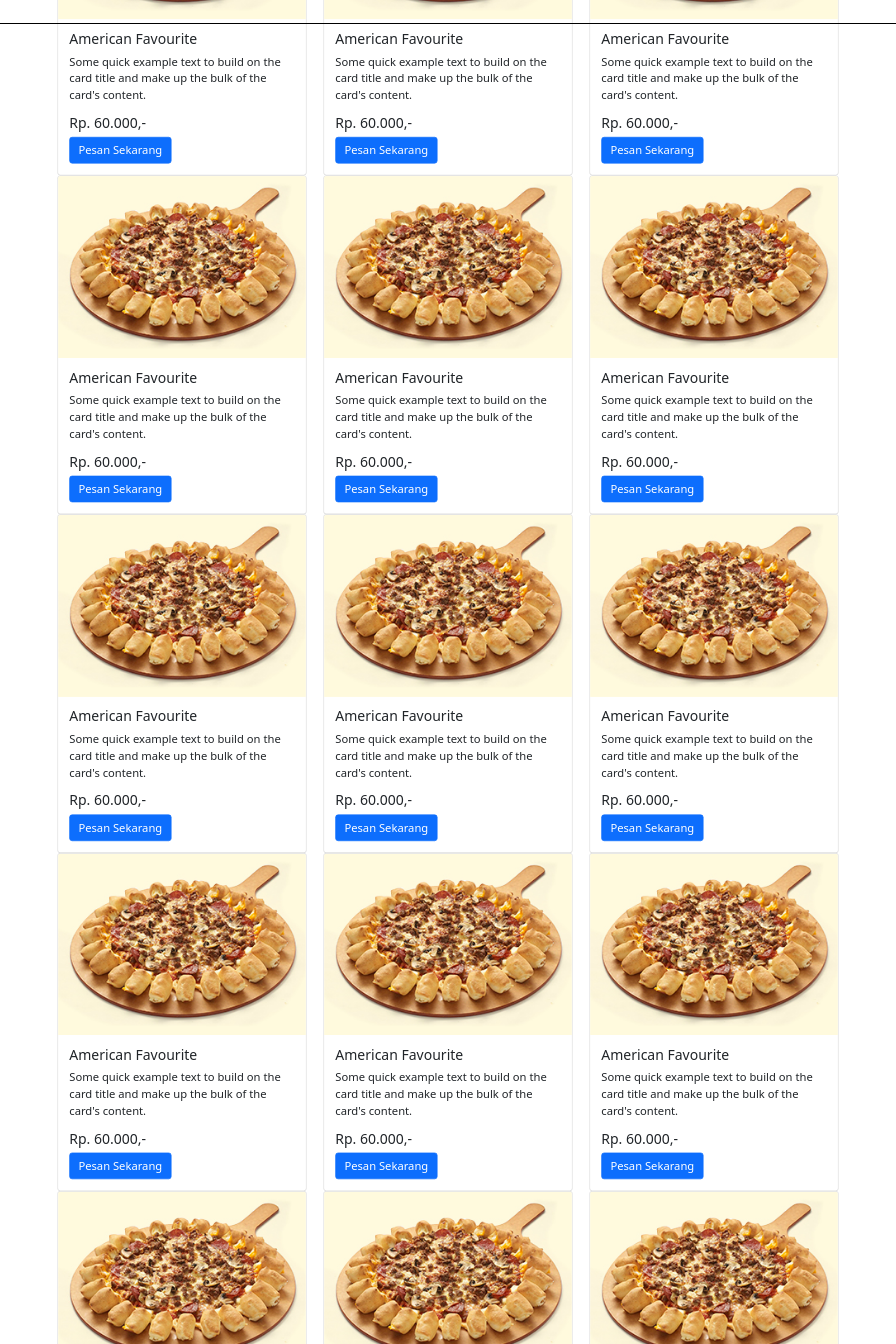
Repository: bayukembara/RESTAPI
Page: http://localhost/latihan1.php
An editor plug-in stored every save of this project. The page is shown before and after the next save, followed by the edit.
The browser window is 1280 px wide. The pictures show the part of the page from y = 332 to 2252 px (the page is 2517 px tall before and 2597 px after), at 70% of full size.
Some web libraries are served in a nearby version. The page is run by PHP 8.4 with error messages shown; the project is at /var/www/html/.

Above is the page before, as saved 2022-04-29 13:18:56.

### latihan1.php
<?php

$data = file_get_contents("data/menu.json");
$menu = json_decode($data,true);

$menu = $menu["menu"];

?>

<!doctype html>
<html lang="en">

  <head>
    <!-- Required meta tags -->
    <meta charset="utf-8">
    <meta name="viewport" content="width=device-width, initial-scale=1">

    <!-- Bootstrap CSS -->
    <link href="https://cdn.jsdelivr.net/npm/bootstrap@5.1.3/dist/css/bootstrap.min.css" rel="stylesheet"
      integrity="sha384-1BmE4kWBq78iYhFldvKuhfTAU6auU8tT94WrHftjDbrCEXSU1oBoqyl2QvZ6jIW3" crossorigin="anonymous">

    <title>B-Hut</title>
  </head>

  <body>
    <!-- Navbar -->
    <nav class="navbar navbar-expand-lg navbar-light bg-light">
      <div class="container">
        <a class="navbar-brand" href="#"><img src="data\logo.png" alt="" width="120px"></a>
        <button class="navbar-toggler" type="button" data-bs-toggle="collapse" data-bs-target="#navbarSupportedContent"
          aria-controls="navbarSupportedContent" aria-expanded="false" aria-label="Toggle navigation">
          <span class="navbar-toggler-icon"></span>
        </button>
        <div class="collapse navbar-collapse" id="navbarSupportedContent">
          <ul class="navbar-nav me-auto mb-2 mb-lg-0">
            <li class="nav-item">
              <a class="nav-link active" aria-current="page" href="#">Home</a>
            </li>
            <li class="nav-item">
              <a class="nav-link" href="#">Link</a>
            </li>
            <li class="nav-item">
              <a class="nav-link disabled">Disabled</a>
            </li>
          </ul>
        </div>
      </div>
    </nav>
    <!-- End Nav bar -->

    <!-- Content -->
    <div class="container">
      <div class="row mt-3">
        <div class="col">
          All Menu
        </div>
      </div>
      <div class="row">
        <?php foreach($menu as $data) : ?>
        <div class="col-md-4">
          <div class="card">
            <img src="data/pizza/american-favourite.jpg" class="card-img-top" alt="...">
            <div class="card-body">
              <h5 class="card-title">American Favourite</h5>
              <p class="card-text">Some quick example text to build on the card title and make up the bulk of the card's
                content.</p>
              <h5 class="card-title">Rp. 60.000,-</h5>
              <a href="#" class="btn btn-primary">Pesan Sekarang</a>
            </div>
          </div>
        </div>
        <?php endforeach?>
      </div>
    </div>
    <!-- End Content -->
    <!-- Optional JavaScript; choose one of the two! -->
    <script src="https://code.jquery.com/jquery-3.6.0.js"
      integrity="sha256-H+K7U5CnXl1h5ywQfKtSj8PCmoN9aaq30gDh27Xc0jk=" crossorigin="anonymous"></script>

    <!-- Option 1: Bootstrap Bundle with Popper -->
    <script src="https://cdn.jsdelivr.net/npm/bootstrap@5.1.3/dist/js/bootstrap.bundle.min.js"
      integrity="sha384-ka7Sk0Gln4gmtz2MlQnikT1wXgYsOg+OMhuP+IlRH9sENBO0LRn5q+8nbTov4+1p" crossorigin="anonymous">
    </script>

    <!-- Option 2: Separate Popper and Bootstrap JS -->

    <script src="https://cdn.jsdelivr.net/npm/@popperjs/core@2.10.2/dist/umd/popper.min.js"
      integrity="sha384-7+zCNj/IqJ95wo16oMtfsKbZ9ccEh31eOz1HGyDuCQ6wgnyJNSYdrPa03rtR1zdB" crossorigin="anonymous">
    </script>
    <script src="https://cdn.jsdelivr.net/npm/bootstrap@5.1.3/dist/js/bootstrap.min.js"
      integrity="sha384-QJHtvGhmr9XOIpI6YVutG+2QOK9T+ZnN4kzFN1RtK3zEFEIsxhlmWl5/YESvpZ13" crossorigin="anonymous">
    </script>

  </body>

</html>

### menu.json
{
  "menu": [
    {
      "kategori": "pizza",
      "nama": "Meat Lover",
      "deskripsi": "Irisan sosis sapi, daging sapi cincang, burger sapi, sosis ayam.",
      "harga": 49500,
      "gambar": "meat-lover.jpg"
    },
    {
      "kategori": "pizza",
      "nama": "Super Supreme",
      "deskripsi": "Daging ayam dan sapi asap, daging sapi cincang, burger sapi, jamur, paprika merah dan paprika hijau.",
      "harga": 49500,
      "gambar": "supreme.jpg"
    },
    {
      "kategori": "pizza",
      "nama": "Tuna Melt",
      "deskripsi": "Irisan daging ikan tuna, butiran jagung, saus mayonnaise.",
      "harga": 49500,
      "gambar": "tuna-melt.jpg"
    },
    {
      "kategori": "pizza",
      "nama": "American Favourite",
      "deskripsi": "Pepperoni sapi, daging sapi cincang, jamur.",
      "harga": 49500,
      "gambar": "american-favourite.jpg"
    },
    {
      "kategori": "pasta",
      "nama": "Beef Spaghetti",
      "deskripsi": "Pepperoni sapi, daging sapi cincang, jamur.",
      "harga": 43000,
      "gambar": "beef-spaghetti.jpg"
    },
    {
      "kategori": "pasta",
      "nama": "Beef Lasagna",
      "deskripsi": "Dipanggang, daging sapi cincang. krim putih lembut di tiap lapisan.",
      "harga": 48000,
      "gambar": "beef-lasagna.jpg"
    },
    {
      "kategori": "pasta",
      "nama": "Creamy Beef Fettuccine",
      "deskripsi": "Daging sapi asap dan jamur, ditumis dengan saus krim lembut.",
      "harga": 43000,
      "gambar": "creamy-beef-fettuccine.jpg"
    },
    {
      "kategori": "nasi",
      "nama": "Meatballs Beef Mushroom",
      "deskripsi": "Bola daging sapi dengan saus daging sapi cincang dan jamur.",
      "harga": 40000,
      "gambar": "meatballs-beef-mushroom.jpg"
    },
    {
      "kategori": "nasi",
      "nama": "Black Pepper Chicken",
      "deskripsi": "Ayam dengan saus lada hitam.",
      "harga": 40000,
      "gambar": "black-pepper-chicken.jpg"
    },
    {
      "kategori": "nasi",
      "nama": "Oriental Chicken",
      "deskripsi": "Daging ayam berpadu dengan saus oriental.",
      "harga": 40000,
      "gambar": "oriental-chicken.jpg"
    },
    {
      "kategori": "minuman",
      "nama": "Choco Mint",
      "deskripsi": "",
      "harga": 24000,
      "gambar": "choco-mint.jpg"
    },
    {
      "kategori": "minuman",
      "nama": "Toffee Coffee",
      "deskripsi": "",
      "harga": 24000,
      "gambar": "toffee-coffee.jpg"
    },
    {
      "kategori": "minuman",
      "nama": "Green Tea Shake",
      "deskripsi": "",
      "harga": 24000,
      "gambar": "green-tea-shake.jpg"
    },
    {
      "kategori": "minuman",
      "nama": "Strawberry Milkshake",
      "deskripsi": "",
      "harga": 24000,
      "gambar": "strawberry-milkshake.jpg"
    },
    {
      "kategori": "minuman",
      "nama": "Chocolate Milkshake",
      "deskripsi": "",
      "harga": 24000,
      "gambar": "chocolate-milkshake.jpg"
    }
  ]
}

After the next save:
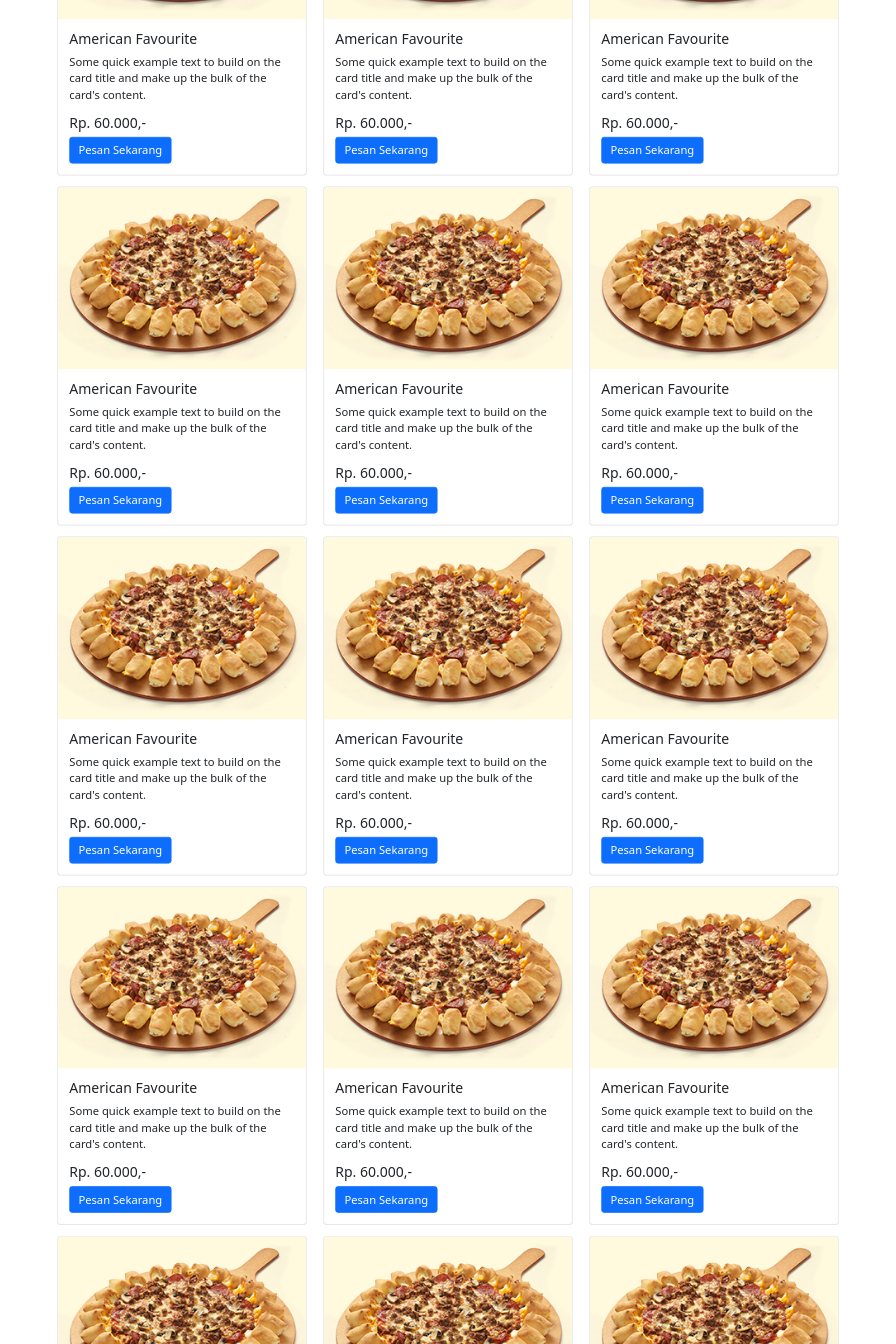
Saved 13 s later.
--- a/latihan1.php
+++ b/latihan1.php
@@ -58,7 +58,7 @@
       <div class="row">
         <?php foreach($menu as $data) : ?>
         <div class="col-md-4">
-          <div class="card">
+          <div class="card mb-3">
             <img src="data/pizza/american-favourite.jpg" class="card-img-top" alt="...">
             <div class="card-body">
               <h5 class="card-title">American Favourite</h5>
